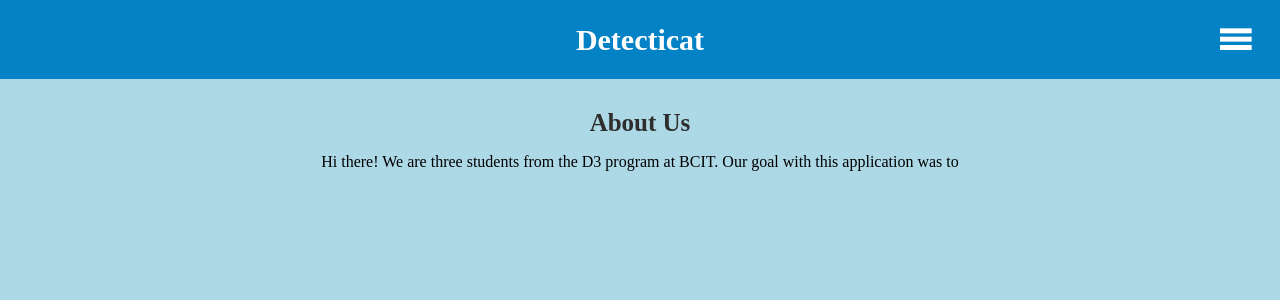
Repository: cynthiahcheng/Detecticat
Page: about page/about-us.html
The author's editor kept a copy of each file at every save. The page is drawn from the files as they stood at one save, then again after the next save.
The browser window is 1280 px wide. The pictures show the whole page.

Above is the page before, as saved 2020-03-14 21:42:15.

After the next save:
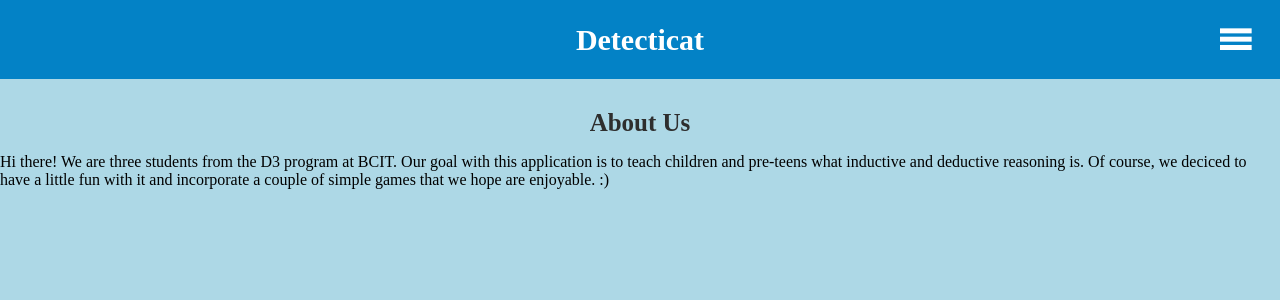
Saved 2 min 4 s later.
--- a/about page/about-us.html
+++ b/about page/about-us.html
@@ -32,7 +32,9 @@
             <div class="subhead">About Us</div>
             <div id="description">
                 <P> Hi there! We are three students from the D3 program at BCIT.
-                    Our goal with this application was to </P>
+                    Our goal with this application is to teach children and pre-teens what inductive and deductive reasoning is.
+                Of course, we deciced to have a little fun with it and incorporate a couple of simple games that we hope are enjoyable. :)
+             </P>
             </div>
 
 
